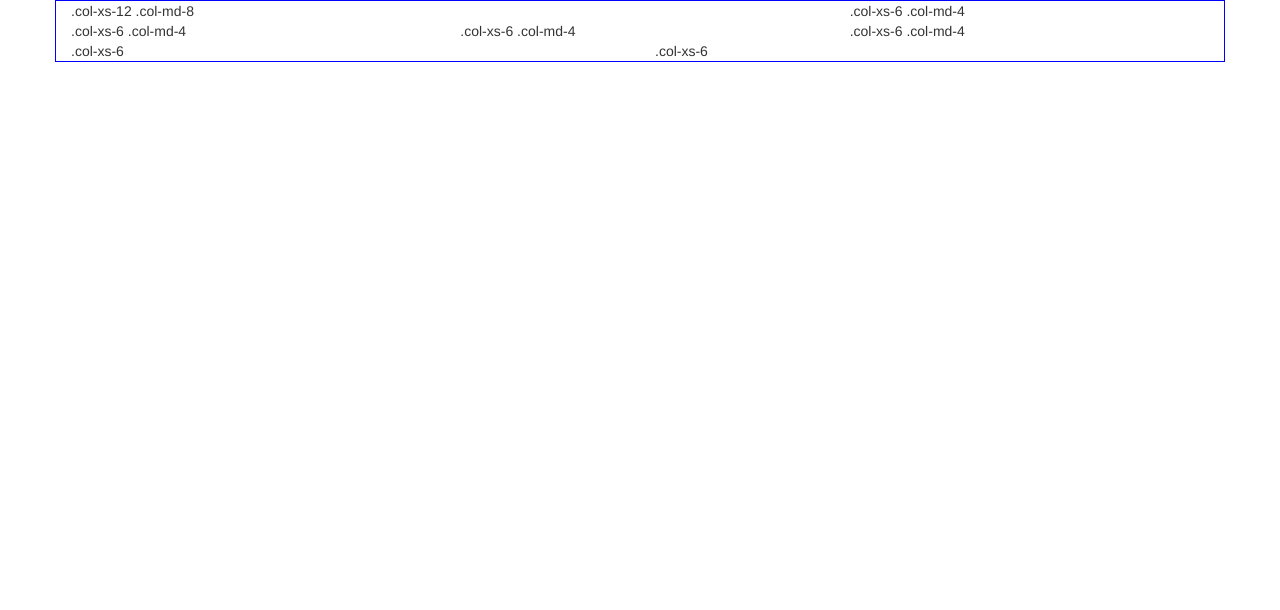
Repository: unixut3/JAVASTS
Page: bootstrap/WebContent/index.html
The author's editor kept a copy of each file at every save. The page is drawn from the files as they stood at one save, then again after the next save.
The browser window is 1280 px wide. The pictures show the whole page.

Above is the page before, as saved 2019-10-22 02:00:57.

After the next save:
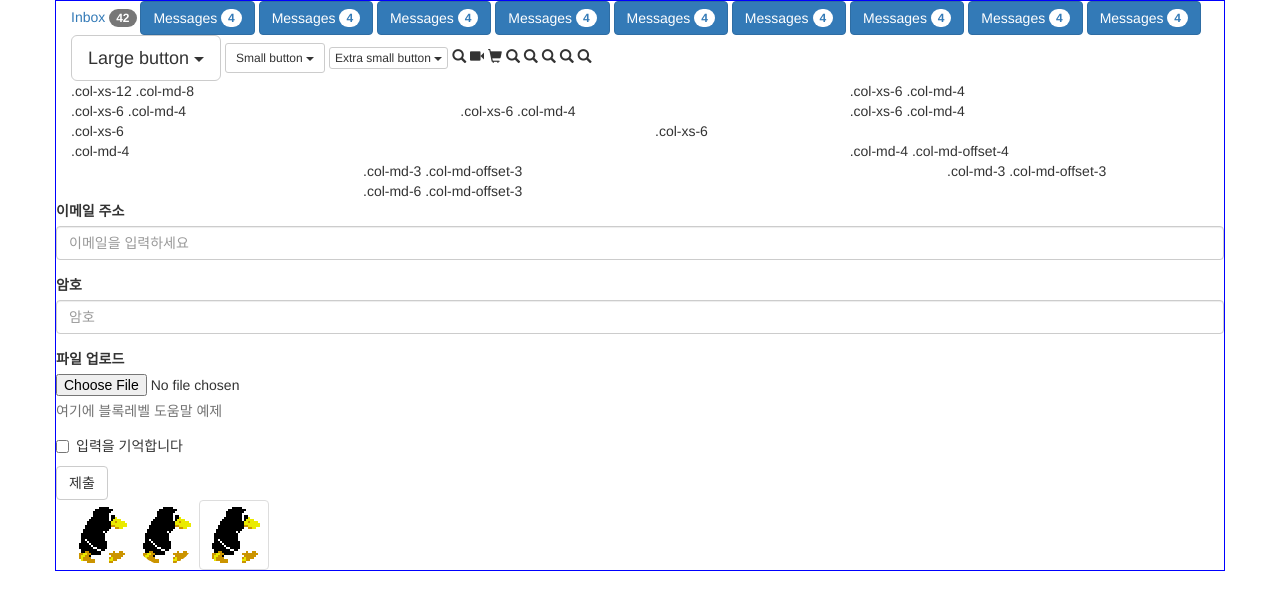
Saved 19 min 17 s later.
--- a/bootstrap/WebContent/index.html
+++ b/bootstrap/WebContent/index.html
@@ -4,30 +4,145 @@
 <meta charset="UTF-8">
 <title>Insert title here</title>
 <link rel="stylesheet" href="css/bootstrap.css">
+<style type="text/css">
+</style>
 <script type="text/javascript" src="js/jquery-1.11.3.js"></script>
 <script type="text/javascript" src="js/bootstrap.js"></script>
-
 </head>
 <body>
 	<div class="container" style="border: 1px solid blue">
-	<!-- 모바일에서 컬럼들이 하나는 꽉찬너비로, 다른 하나는 절반너비로 쌓이게 합니다 -->
-<div class="row">
-  <div class="col-xs-12 col-md-8">.col-xs-12 .col-md-8</div>
-  <div class="col-xs-6 col-md-4">.col-xs-6 .col-md-4</div>
-</div>
+		<a href="#">Inbox <span class="badge">42</span></a>
 
-<!-- 컬럼들은 모바일에서 50% 너비로 시작하고 데스크탑에서는 33.3% 너비가 됩니다 -->
-<div class="row">
-  <div class="col-xs-6 col-md-4">.col-xs-6 .col-md-4</div>
-  <div class="col-xs-6 col-md-4">.col-xs-6 .col-md-4</div>
-  <div class="col-xs-6 col-md-4">.col-xs-6 .col-md-4</div>
-</div>
+		<button class="btn btn-primary" type="button">
+			Messages <span class="badge">4</span>
+		</button>
+		<button class="btn btn-primary" type="button">
+			Messages <span class="badge">4</span>
+		</button>
+		<button class="btn btn-primary" type="button">
+			Messages <span class="badge">4</span>
+		</button>
+		<button class="btn btn-primary" type="button">
+			Messages <span class="badge">4</span>
+		</button>
+		<button class="btn btn-primary" type="button">
+			Messages <span class="badge">4</span>
+		</button>
+		<button class="btn btn-primary" type="button">
+			Messages <span class="badge">4</span>
+		</button>
+		<button class="btn btn-primary" type="button">
+			Messages <span class="badge">4</span>
+		</button>
+		<button class="btn btn-primary" type="button">
+			Messages <span class="badge">4</span>
+		</button>
+		<button class="btn btn-primary" type="button">
+			Messages <span class="badge">4</span>
+		</button>
+		<!-- Large button group -->
+		<div class="btn-group">
+			<button class="btn btn-default btn-lg dropdown-toggle" type="button"
+				data-toggle="dropdown" aria-expanded="false">
+				Large button <span class="caret"></span>
+			</button>
+			<ul class="dropdown-menu" role="menu">
+				<li>a</li>
+				<li>a</li>
+				<li>a</li>
+				<li>a</li>
+				<li>a</li>
+			</ul>
+		</div>
 
-<!-- 컬럼들은 모바일과 데스크탑에서 항상 50% 너비가 됩니다 -->
-<div class="row">
-  <div class="col-xs-6">.col-xs-6</div>
-  <div class="col-xs-6">.col-xs-6</div>
-</div>
+		<!-- Small button group -->
+		<div class="btn-group">
+			<button class="btn btn-default btn-sm dropdown-toggle" type="button"
+				data-toggle="dropdown" aria-expanded="false">
+				Small button <span class="caret"></span>
+			</button>
+			<ul class="dropdown-menu" role="menu">...
+			</ul>
+		</div>
+
+		<!-- Extra small button group -->
+		<div class="btn-group">
+			<button class="btn btn-default btn-xs dropdown-toggle" type="button"
+				data-toggle="dropdown" aria-expanded="false">
+				Extra small button <span class="caret"></span>
+			</button>
+			<ul class="dropdown-menu" role="menu">...
+			</ul>
+		</div>
+		<span class="glyphicon glyphicon-search" aria-hidden="true"></span> <span
+			class="glyphicon glyphicon-facetime-video" aria-hidden="true"></span>
+		<span class="glyphicon glyphicon-shopping-cart" aria-hidden="true"></span>
+		<span class="glyphicon glyphicon-search" aria-hidden="true"></span> <span
+			class="glyphicon glyphicon-search" aria-hidden="true"></span> <span
+			class="glyphicon glyphicon-search" aria-hidden="true"></span> <span
+			class="glyphicon glyphicon-search" aria-hidden="true"></span> <span
+			class="glyphicon glyphicon-search" aria-hidden="true"></span>
+		<!-- 모바일에서 컬럼들이 하나는 꽉찬너비로, 다른 하나는 절반너비로 쌓이게 합니다 -->
+		<div class="row">
+			<div class="col-xs-12 col-md-8">.col-xs-12 .col-md-8</div>
+			<div class="col-xs-6 col-md-4">.col-xs-6 .col-md-4</div>
+		</div>
+
+		<!-- 컬럼들은 모바일에서 50% 너비로 시작하고 데스크탑에서는 33.3% 너비가 됩니다 -->
+		<div class="row">
+			<div class="col-xs-6 col-md-4">.col-xs-6 .col-md-4</div>
+			<div class="col-xs-6 col-md-4">.col-xs-6 .col-md-4</div>
+			<div class="col-xs-6 col-md-4">.col-xs-6 .col-md-4</div>
+		</div>
+
+		<!-- 컬럼들은 모바일과 데스크탑에서 항상 50% 너비가 됩니다 -->
+		<div class="row">
+			<div class="col-xs-6">.col-xs-6</div>
+			<div class="col-xs-6">.col-xs-6</div>
+		</div>
+		<div class="row">
+			<div class="col-md-4">.col-md-4</div>
+			<div class="col-md-4 col-md-offset-4">.col-md-4
+				.col-md-offset-4</div>
+		</div>
+		<div class="row">
+			<div class="col-md-3 col-md-offset-3">.col-md-3
+				.col-md-offset-3</div>
+			<div class="col-md-3 col-md-offset-3">.col-md-3
+				.col-md-offset-3</div>
+		</div>
+		<div class="row">
+			<div class="col-md-6 col-md-offset-3">.col-md-6
+				.col-md-offset-3</div>
+		</div>
+		<div>
+			<form class="row">
+				<div class="form-group">
+					<label for="exampleInputEmail1">이메일 주소</label> <input type="email"
+						class="form-control" id="exampleInputEmail1"
+						placeholder="이메일을 입력하세요">
+				</div>
+				<div class="form-group">
+					<label for="exampleInputPassword1">암호</label> <input
+						type="password" class="form-control" id="exampleInputPassword1"
+						placeholder="암호">
+				</div>
+				<div class="form-group">
+					<label for="exampleInputFile">파일 업로드</label> <input type="file"
+						id="exampleInputFile">
+					<p class="help-block">여기에 블록레벨 도움말 예제</p>
+				</div>
+				<div class="checkbox">
+					<label> <input type="checkbox"> 입력을 기억합니다
+					</label>
+				</div>
+				<button type="submit" class="btn btn-default">제출</button>
+			</form>
+		</div>
+		<img src="penguin1.gif" alt="..." class="img-rounded"> <img
+			src="penguin1.gif" alt="..." class="img-circle"> <img
+			src="penguin1.gif" alt="..." class="img-thumbnail">
+
 	</div>
 </body>
 </html>
